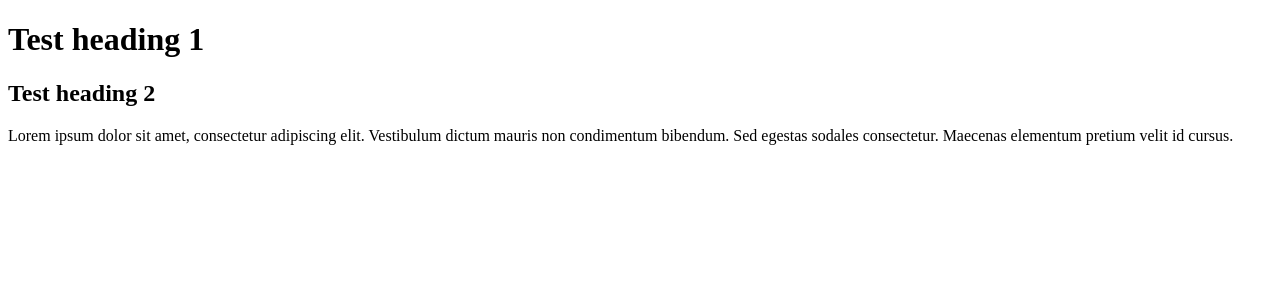
Repository: fran2708/LPPA
Page: Project 1/index.html
An editor plug-in stored every save of this project. The page is shown before and after the next save, followed by the edit.
The browser window is 1280 px wide. The pictures show the whole page.

Above is the page before, as saved 2022-04-12 20:01:05.

After the next save:
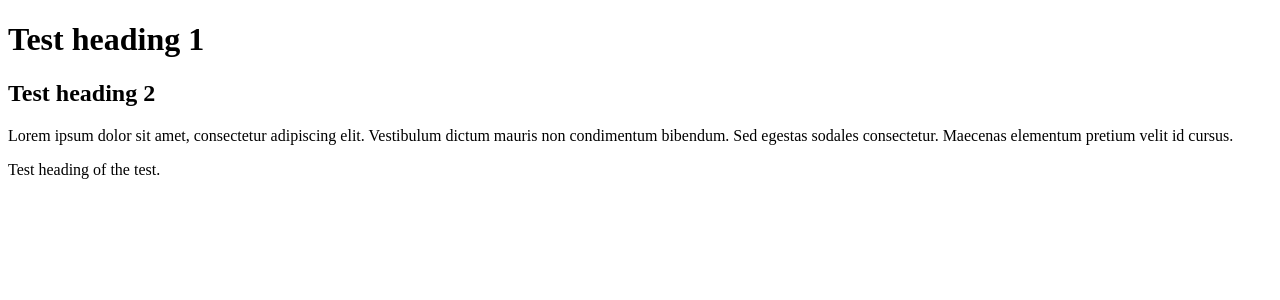
Saved 48 s later.
--- a/Project 1/index.html
+++ b/Project 1/index.html
@@ -10,6 +10,6 @@
     <h1>Test heading 1</h1>
     <h2>Test heading 2</h2>
     <p>Lorem ipsum dolor sit amet, consectetur adipiscing elit. Vestibulum dictum mauris non condimentum bibendum. Sed egestas sodales consectetur. Maecenas elementum pretium velit id cursus.</p>
-
+    <param>Test heading of the test.</param>
 </body>
 </html>
